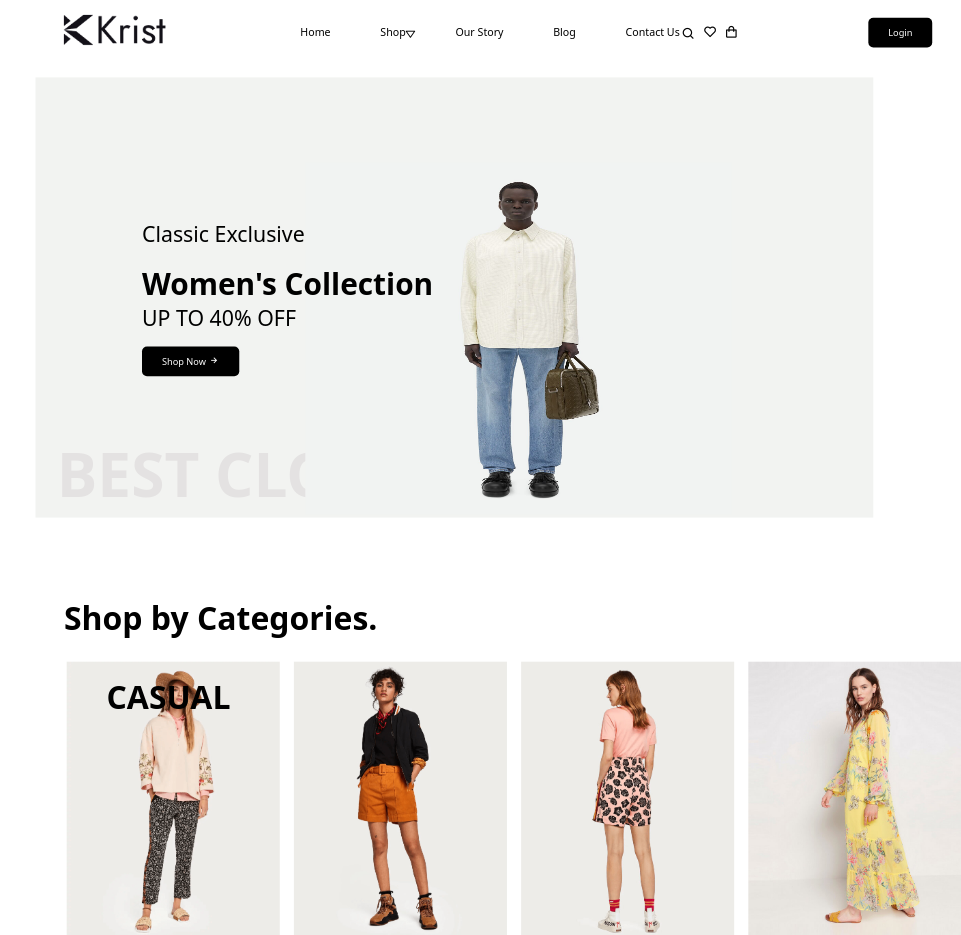
Repository: isaacCodes1/Krist-Website
Page: index.html
These files come from the project's save history. The page is drawn as it stood at one moment and after a run of saves; the edit follows.
The browser window is 1280 px wide. The page is 1354 px wide, then 1313 px, then 1354 px, so the pictures cover 1354 px, including what lies to the right of the window. The pictures show the whole page, at 71% of full size.

Above is the page before, as saved 2024-04-01 11:04:20.

After the next 5 saves:
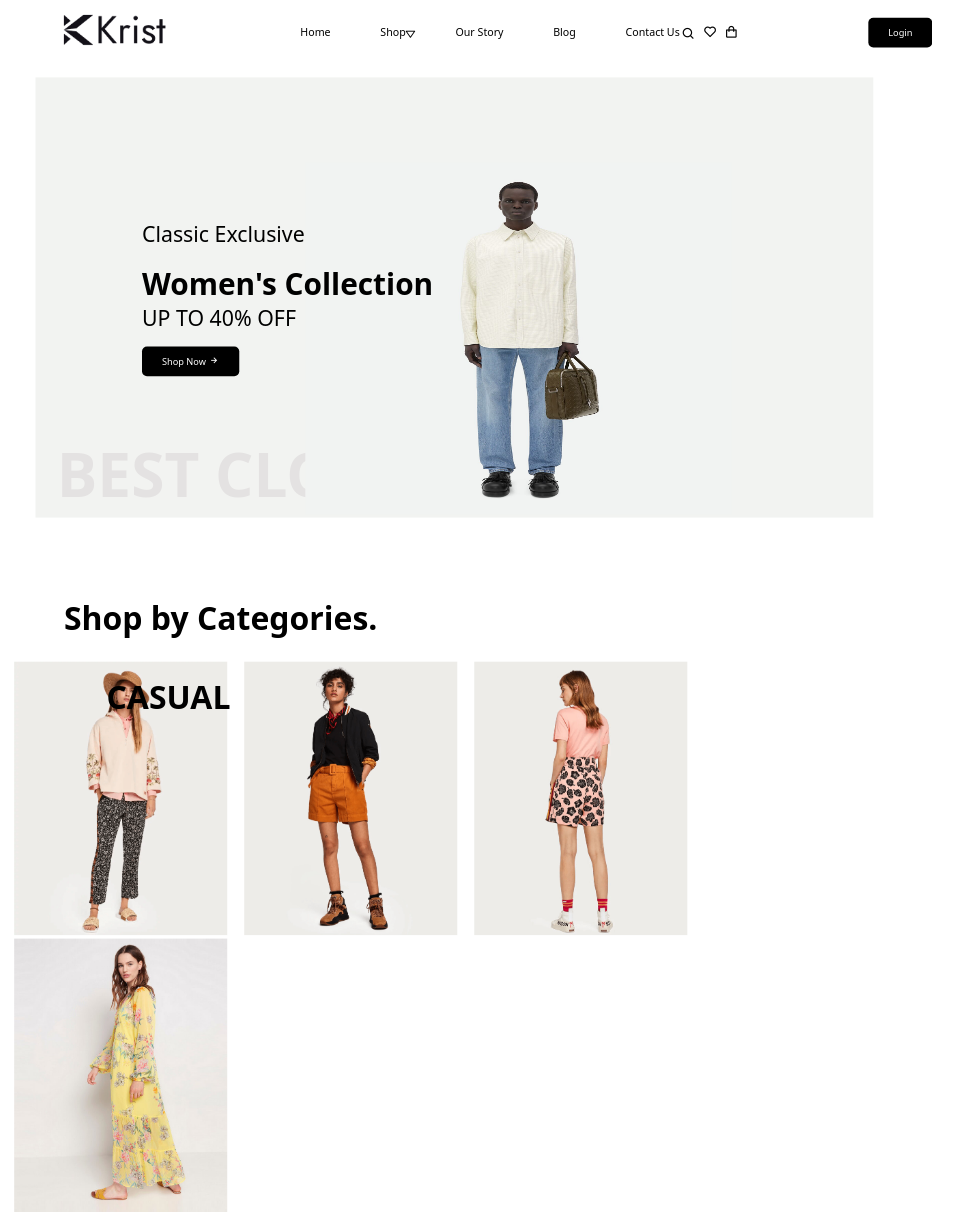
The 5 saves are shown as one change because they came seconds apart.
The last was saved 12 s later.
--- a/style.css
+++ b/style.css
@@ -153,7 +153,9 @@
     height: 2px;
     display: block;
     margin: auto;
+    transition: 1s;
 }
+.cardstext:
 .cardsImg {
   display: flex;
   margin-left: 74px;

After the 3 saves that followed:
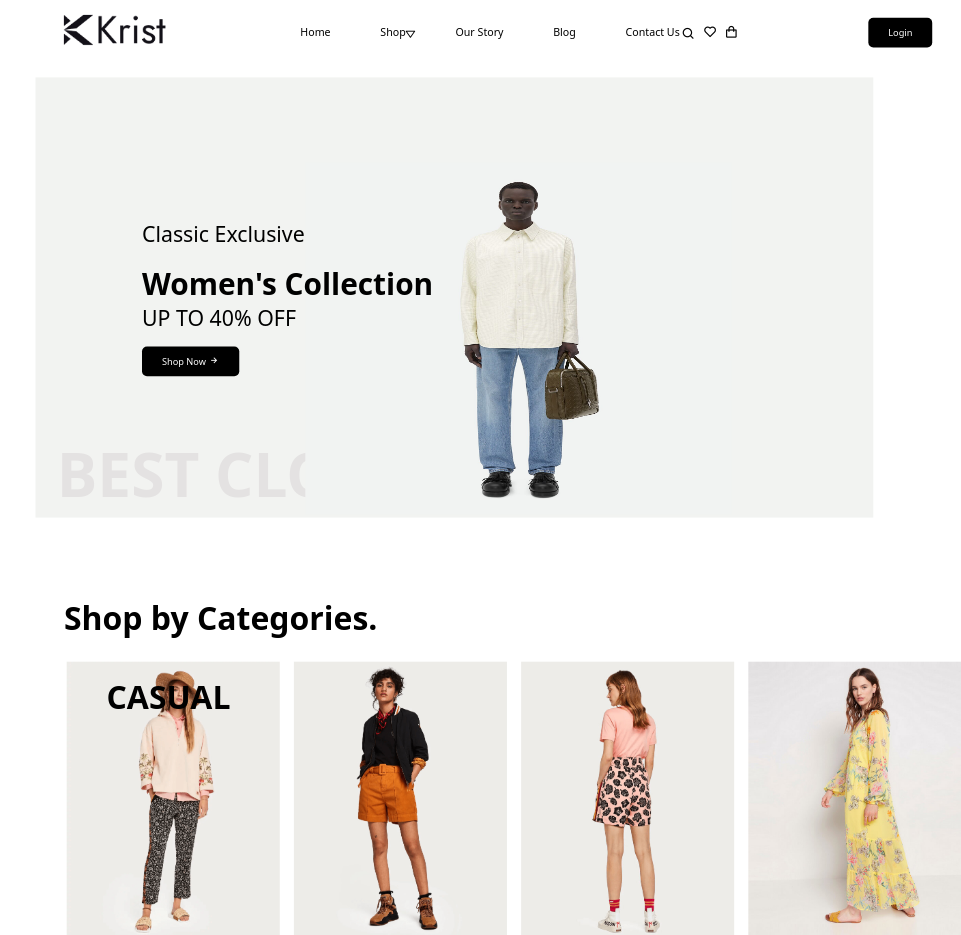
The 3 saves are shown as one change because they came seconds apart.
The last was saved 9 s later.
--- a/style.css
+++ b/style.css
@@ -147,15 +147,17 @@
   padding-top: 60px;
   padding-bottom: 30px;
 }
-.cardstext::after{
-    content: "";
-    width: 0%;
-    height: 2px;
-    display: block;
-    margin: auto;
-    transition: 1s;
+.cardstext::after {
+  content: "";
+  width: 0%;
+  height: 2px;
+  display: block;
+  margin: auto;
+  transition: 1s;
 }
-.cardstext:
+.cardstext:hover::after {
+  width: 100%;
+}
 .cardsImg {
   display: flex;
   margin-left: 74px;
